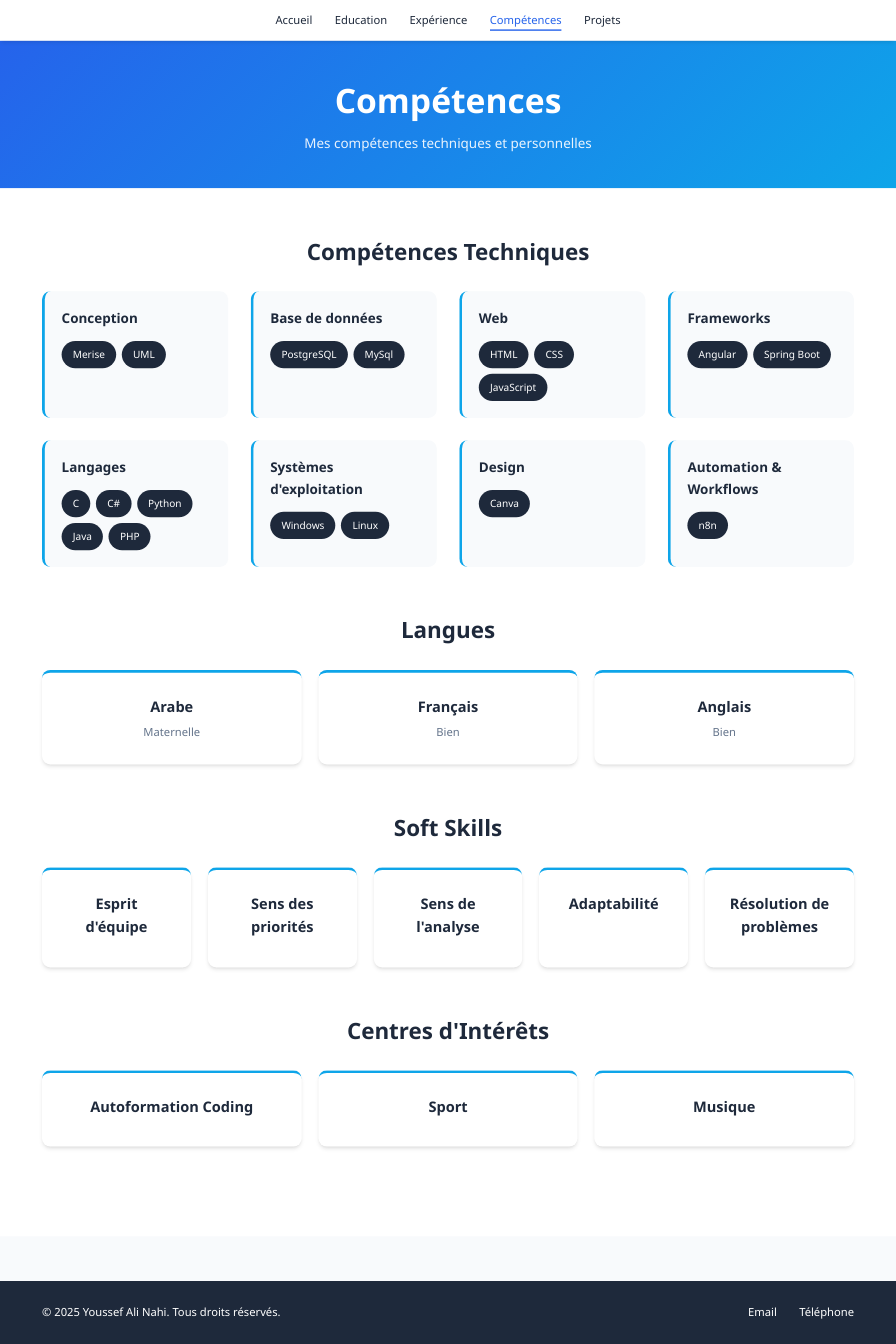
Repository: Youssef-Nahi504/My_Portfolio
Page: competences.html
An editor plug-in stored every save of this project. The page is shown before and after a run of saves, followed by the edit.
The browser window is 1280 px wide. The pictures show the whole page, at 70% of full size.

Above is the page before, as saved 2025-12-19 16:32:51.

### competences.html
<!DOCTYPE html>
<html lang="fr">
<head>
    <meta charset="UTF-8">
    <meta name="viewport" content="width=device-width, initial-scale=1.0">
    <title>Compétences - Youssef Ali Nahi</title>
    <link rel="stylesheet" href="style.css">
</head>
<body>
    <nav class="navbar">
        <div class="nav-container">
            <ul class="nav-menu">
                <li><a href="index.html">Accueil</a></li>
                <li><a href="Education.html" >Education</a></li>
                <li><a href="experience.html">Expérience</a></li>
                <li><a href="competences.html" class="active">Compétences</a></li>
                <li><a href="projets.html">Projets</a></li>
            </ul>
            <div class="hamburger">
                <span></span>
                <span></span>
                <span></span>
            </div>
        </div>
    </nav>

    <main>
        <section class="page-header">
            <div class="container">
                <h1>Compétences</h1>
                <p>Mes compétences techniques et personnelles</p>
            </div>
        </section>

        <section class="skills-section">
            <div class="container">
                <div class="skills-category">
                    <h2 class="category-title">Compétences Techniques</h2>
                    <div class="skills-grid">
                        <div class="skill-group">
                            <h3>Conception</h3>
                            <div class="skill-tags">
                                <span class="skill-tag">Merise</span>
                                <span class="skill-tag">UML</span>
                            </div>
                        </div>
                        <div class="skill-group">
                            <h3>Base de données</h3>
                            <div class="skill-tags">
                                <span class="skill-tag">PostgreSQL</span>
                                <span class="skill-tag">MySql</span>
                            </div>
                        </div>
                        <div class="skill-group">
                            <h3>Web</h3>
                            <div class="skill-tags">
                                <span class="skill-tag">HTML</span>
                                <span class="skill-tag">CSS</span>
                                <span class="skill-tag">JavaScript</span>
                            </div>
                        </div>
                        <div class="skill-group">
                            <h3>Frameworks</h3>
                            <div class="skill-tags">
                                <span class="skill-tag">Angular</span>
                                <span class="skill-tag">Spring Boot</span>
                            </div>
                        </div>
                        <div class="skill-group">
                            <h3>Langages</h3>
                            <div class="skill-tags">
                                <span class="skill-tag">C</span>
                                <span class="skill-tag">C#</span>
                                <span class="skill-tag">Python</span>
                                <span class="skill-tag">Java</span>
                                <span class="skill-tag">PHP</span>
                            </div>
                        </div>
                        <div class="skill-group">
                            <h3>Systèmes d'exploitation</h3>
                            <div class="skill-tags">
                                <span class="skill-tag">Windows</span>
                                <span class="skill-tag">Linux</span>
                            </div>
                        </div>
                        <div class="skill-group">
                            <h3>Design</h3>
                            <div class="skill-tags">
                                <span class="skill-tag">Canva</span>
                            </div>
                        </div>
                        <div class="skill-group">
                            <h3>Automation & Workflows</h3>
                            <div class="skill-tags">
                                <span class="skill-tag">n8n</span>
                            </div>
                        </div>
                    </div>
                </div>

                <div class="skills-category">
                    <h2 class="category-title">Langues</h2>
                    <div class="languages-grid">
                        <div class="language-card">
                            <h3>Arabe</h3>
                            <p>Maternelle</p>
                        </div>
                        <div class="language-card">
                            <h3>Français</h3>
                            <p>Bien</p>
                        </div>
                        <div class="language-card">
                            <h3>Anglais</h3>
                            <p>Bien</p>
                        </div>
                    </div>
                </div>

                <div class="skills-category">
                    <h2 class="category-title">Soft Skills</h2>
                    <div class="interests-grid">
                        <div class="interest-card">
                            <h3>Esprit d'équipe</h3>
                        </div>
                        <div class="interest-card">
                            <h3>Sens des priorités</h3>
                        </div>
                        <div class="interest-card">
                            <h3>Sens de l'analyse</h3>
                        </div>
                        <div class="interest-card">
                            <h3>Adaptabilité</h3>
                        </div>
                        <div class="interest-card">
                            <h3>Résolution de problèmes</h3>
                        </div>
                    </div>
                </div>

                <div class="skills-category">
                    <h2 class="category-title">Centres d'Intérêts</h2>
                    <div class="interests-grid">
                        <div class="interest-card">
                            <h3>Autoformation Coding</h3>
                        </div>
                        <div class="interest-card">
                            <h3>Sport</h3>
                        </div>
                        <div class="interest-card">
                            <h3>Musique</h3>
                        </div>
                    </div>
                </div>
            </div>
        </section>
    </main>

    <footer>
        <div class="container">
            <p>&copy; 2025 Youssef Ali Nahi. Tous droits réservés.</p>
            <div class="footer-links">
                <a href="mailto:nahiyoussef02@gmail.com">Email</a>
                <a href="tel:+212619303473">Téléphone</a>
            </div>
        </div>
    </footer>

    <script src="file.js"></script>
</body>
</html>

### style.css
* {
    margin: 0;
    padding: 0;
    box-sizing: border-box;
}

:root {
    --primary-color: #2563eb;
    --primary-dark: #1e40af;
    --secondary-color: #64748b;
    --accent-color: #0ea5e9;
    --text-dark: #1e293b;
    --text-light: #64748b;
    --bg-light: #f8fafc;
    --bg-white: #ffffff;
    --border-color: #e2e8f0;
    --shadow: 0 4px 6px -1px rgba(0, 0, 0, 0.1), 0 2px 4px -1px rgba(0, 0, 0, 0.06);
    --shadow-lg: 0 10px 15px -3px rgba(0, 0, 0, 0.1), 0 4px 6px -2px rgba(0, 0, 0, 0.05);
}

body {
    font-family: 'Segoe UI', Tahoma, Geneva, Verdana, sans-serif;
    line-height: 1.6;
    color: var(--text-dark);
    background-color: var(--bg-light);
}

.container {
    max-width: 1200px;
    margin: 0 auto;
    padding: 0 20px;
}

/* Navigation */
.navbar {
    background: var(--bg-white);
    box-shadow: var(--shadow);
    position: sticky;
    top: 0;
    z-index: 1000;
    padding: 1rem 0;
}

.nav-container {
    max-width: 1200px;
    margin: 0 auto;
    padding: 0 20px;
    display: flex;
  justify-content: center; /* horizontal */
  align-items: center;
}

.logo {
    font-size: 1.5rem;
    font-weight: bold;
    color: var(--primary-color);
    letter-spacing: 2px;
}

.nav-menu {
    display: flex;
    list-style: none;
    gap: 2rem;
}

.nav-menu a {
    text-decoration: none;
    color: var(--text-dark);
    font-weight: 500;
    transition: color 0.3s ease;
    position: relative;
}

.nav-menu a:hover,
.nav-menu a.active {
    color: var(--primary-color);
}

.nav-menu a.active::after {
    content: '';
    position: absolute;
    bottom: -5px;
    left: 0;
    width: 100%;
    height: 2px;
    background: var(--primary-color);
}

.hamburger {
    display: none;
    flex-direction: column;
    cursor: pointer;
    gap: 4px;
}

.hamburger span {
    width: 25px;
    height: 3px;
    background: var(--text-dark);
    transition: all 0.3s ease;
}

/* Hero Section */
.hero {
    background: linear-gradient(135deg, var(--primary-color) 0%, var(--accent-color) 100%);
    color: white;
    padding: 4rem 0;
    min-height: 80vh;
    display: flex;
    align-items: center;
}

.hero-content {
    max-width: 1200px;
    margin: 0 auto;
    padding: 0 20px;
    display: grid;
    grid-template-columns: 1fr 1fr;
    gap: 3rem;
    align-items: center;
}

.hero-text h1 {
    font-size: 3rem;
    margin-bottom: 0.5rem;
    font-weight: 700;
}

.hero-text h2 {
    font-size: 1.5rem;
    margin-bottom: 1.5rem;
    opacity: 0.9;
    font-weight: 400;
}

.hero-subtitle {
    font-size: 1.1rem;
    margin-bottom: 2rem;
    opacity: 0.95;
    line-height: 1.8;
}

.hero-buttons {
    display: flex;
    gap: 1rem;
    flex-wrap: wrap;
}

.btn {
    padding: 0.75rem 2rem;
    border-radius: 8px;
    text-decoration: none;
    font-weight: 600;
    transition: all 0.3s ease;
    display: inline-block;
}

.btn-primary {
    background: white;
    color: var(--primary-color);
}

.btn-primary:hover {
    transform: translateY(-2px);
    box-shadow: var(--shadow-lg);
}

.btn-secondary {
    background: transparent;
    color: white;
    border: 2px solid white;
}

.btn-secondary:hover {
    background: white;
    color: var(--primary-color);
}

.profile-card {
    background: rgba(255, 255, 255, 0.1);
    backdrop-filter: blur(10px);
    border-radius: 16px;
    padding: 2rem;
    border: 1px solid rgba(255, 255, 255, 0.2);
}

.profile-info p {
    margin-bottom: 1rem;
    font-size: 1rem;
}

.profile-info strong {
    display: inline-block;
    width: 140px;
}

/* About Section */
.about {
    padding: 4rem 0;
    background: var(--bg-white);
}

.section-title {
    font-size: 2.5rem;
    margin-bottom: 2rem;
    text-align: center;
    color: var(--text-dark);
}

.about-content {
    max-width: 800px;
    margin: 0 auto 3rem;
    text-align: center;
}

.about-content p {
    font-size: 1.1rem;
    color: var(--text-light);
    margin-bottom: 1.5rem;
    line-height: 1.8;
}

.quick-links {
    display: grid;
    grid-template-columns: repeat(auto-fit, minmax(250px, 1fr));
    gap: 2rem;
    margin-top: 3rem;
}

.quick-link-card {
    background: var(--bg-white);
    padding: 2rem;
    border-radius: 12px;
    text-decoration: none;
    color: var(--text-dark);
    box-shadow: var(--shadow);
    transition: all 0.3s ease;
    border: 2px solid transparent;
}

.quick-link-card:hover {
    transform: translateY(-5px);
    box-shadow: var(--shadow-lg);
    border-color: var(--primary-color);
}

.quick-link-card h3 {
    color: var(--primary-color);
    margin-bottom: 0.5rem;
    font-size: 1.5rem;
}

.quick-link-card p {
    color: var(--text-light);
}

/* Page Header */
.page-header {
    background: linear-gradient(135deg, var(--primary-color) 0%, var(--accent-color) 100%);
    color: white;
    padding: 3rem 0;
    text-align: center;
}

.page-header h1 {
    font-size: 3rem;
    margin-bottom: 0.5rem;
}

.page-header p {
    font-size: 1.2rem;
    opacity: 0.9;
}

/* Experience Section */
.experience-section {
    padding: 4rem 0;
    background: var(--bg-white);
}

.timeline {
    position: relative;
    max-width: 900px;
    margin: 0 auto;
    padding: 2rem 0;
}

.timeline::before {
    content: '';
    position: absolute;
    left: 30px;
    top: 0;
    bottom: 0;
    width: 2px;
    background: var(--border-color);
}

.timeline-item {
    position: relative;
    margin-bottom: 3rem;
    padding-left: 80px;
}

.timeline-marker {
    position: absolute;
    left: 22px;
    top: 0;
    width: 16px;
    height: 16px;
    border-radius: 50%;
    background: var(--primary-color);
    border: 4px solid var(--bg-white);
    box-shadow: var(--shadow);
}

.timeline-content {
    background: var(--bg-white);
    padding: 2rem;
    border-radius: 12px;
    box-shadow: var(--shadow);
    transition: all 0.3s ease;
}

.timeline-content:hover {
    box-shadow: var(--shadow-lg);
    transform: translateX(5px);
}

.timeline-date {
    color: var(--primary-color);
    font-weight: 600;
    margin-bottom: 0.5rem;
    font-size: 0.9rem;
}

.timeline-content h3 {
    color: var(--text-dark);
    margin-bottom: 0.25rem;
    font-size: 1.5rem;
}

.timeline-content h4 {
    color: var(--text-light);
    margin-bottom: 1rem;
    font-weight: 500;
}

.timeline-content ul {
    list-style: none;
    padding-left: 0;
}

.timeline-content li {
    padding-left: 1.5rem;
    position: relative;
    margin-bottom: 0.5rem;
    color: var(--text-light);
}

.timeline-content li::before {
    content: '▸';
    position: absolute;
    left: 0;
    color: var(--primary-color);
}

/* Education Section */
.education-section {
    padding: 4rem 0;
    background: var(--bg-light);
}

.education-grid {
    display: grid;
    grid-template-columns: repeat(auto-fit, minmax(300px, 1fr));
    gap: 2rem;
    max-width: 900px;
    margin: 0 auto;
}

.education-card {
    background: var(--bg-white);
    padding: 2rem;
    border-radius: 12px;
    box-shadow: var(--shadow);
    transition: all 0.3s ease;
    border-top: 4px solid var(--primary-color);
}

.education-card:hover {
    transform: translateY(-5px);
    box-shadow: var(--shadow-lg);
}

.education-year {
    color: var(--primary-color);
    font-weight: 600;
    margin-bottom: 1rem;
    font-size: 0.9rem;
}

.education-card h3 {
    color: var(--text-dark);
    margin-bottom: 0.5rem;
    font-size: 1.3rem;
}

.education-card h4 {
    color: var(--text-light);
    margin-bottom: 1rem;
    font-weight: 500;
}

.education-institution {
    color: var(--text-light);
    font-style: italic;
}

/* Skills Section */
.skills-section {
    padding: 4rem 0;
    background: var(--bg-white);
}

.skills-category {
    margin-bottom: 4rem;
}

.category-title {
    font-size: 2rem;
    margin-bottom: 2rem;
    color: var(--text-dark);
    text-align: center;
}

.skills-grid {
    display: grid;
    grid-template-columns: repeat(auto-fit, minmax(250px, 1fr));
    gap: 2rem;
}

.skill-group {
    background: var(--bg-light);
    padding: 1.5rem;
    border-radius: 12px;
    border-left: 4px solid var(--accent-color);
}

.skill-group h3 {
    color: var(--text-dark);
    margin-bottom: 1rem;
    font-size: 1.2rem;
}

.skill-tags {
    display: flex;
    flex-wrap: wrap;
    gap: 0.5rem;
}

.skill-tag {
    background: var(--text-dark);
    /* color:  */
    color: white;
    padding: 0.5rem 1rem;
    border-radius: 20px;
    font-size: 0.9rem;
    font-weight: 500;
}

.soft-skills-grid {
    display: grid;
    grid-template-columns: repeat(auto-fit, minmax(200px, 1fr));
    gap: 1.5rem;
}

.soft-skill-card {
    background: linear-gradient(135deg, var(--primary-color) 0%, var(--accent-color) 100%);
    color: white;
    padding: 2rem;
    border-radius: 12px;
    text-align: center;
    transition: all 0.3s ease;
}

.soft-skill-card:hover {
    transform: translateY(-5px);
    box-shadow: var(--shadow-lg);
}

.soft-skill-card h3 {
    font-size: 1.2rem;
}

.languages-grid,
.interests-grid {
    display: grid;
    grid-template-columns: repeat(auto-fit, minmax(200px, 1fr));
    gap: 1.5rem;
}

.language-card,
.interest-card {
    background: var(--bg-white);
    padding: 2rem;
    border-radius: 12px;
    box-shadow: var(--shadow);
    text-align: center;
    transition: all 0.3s ease;
    border-top: 4px solid var(--accent-color);
}

.language-card:hover,
.interest-card:hover {
    transform: translateY(-5px);
    box-shadow: var(--shadow-lg);
}

.language-card h3,
.interest-card h3 {
    color: var(--text-dark);
    margin-bottom: 0.5rem;
    font-size: 1.3rem;
}

.language-card p {
    color: var(--text-light);
    font-weight: 500;
}

/* Projects Section */
.projects-section {
    padding: 4rem 0;
    background: var(--bg-white);
}

.projects-grid {
    display: grid;
    grid-template-columns: repeat(auto-fit, minmax(300px, 1fr));
    gap: 2rem;
}

.project-card {
    background: var(--bg-white);
    padding: 2rem;
    border-radius: 12px;
    box-shadow: var(--shadow);
    transition: all 0.3s ease;
    border-top: 4px solid var(--primary-color);
    position: relative;
}

.project-badge {
    position: absolute;
    top: 1rem;
    right: 1rem;
    background: linear-gradient(135deg, var(--primary-color) 0%, var(--accent-color) 100%);
    color: white;
    padding: 0.4rem 0.8rem;
    border-radius: 20px;
    font-size: 0.75rem;
    font-weight: 600;
    text-transform: uppercase;
    letter-spacing: 0.5px;
}

.project-card:hover {
    transform: translateY(-5px);
    box-shadow: var(--shadow-lg);
}

.project-icon {
    font-size: 3rem;
    margin-bottom: 1rem;
}

.project-card h3 {
    color: var(--text-dark);
    margin-bottom: 0.75rem;
    font-size: 1.4rem;
}

.project-tech {
    color: var(--primary-color);
    font-weight: 600;
    margin-bottom: 1rem;
    font-size: 0.9rem;
}

.project-description {
    color: var(--text-light);
    line-height: 1.7;
}

/* Footer */
footer {
    background: var(--text-dark);
    color: white;
    padding: 2rem 0;
    margin-top: 4rem;
}

footer .container {
    display: flex;
    justify-content: space-between;
    align-items: center;
    flex-wrap: wrap;
    gap: 1rem;
}

.footer-links {
    display: flex;
    gap: 2rem;
}

.footer-links a {
    color: white;
    text-decoration: none;
    transition: color 0.3s ease;
}

.footer-links a:hover {
    color: var(--accent-color);
}

/* Responsive Design */
@media (max-width: 768px) {
    .hamburger {
        display: flex;
    }

    .nav-menu {
        position: fixed;
        left: -100%;
        top: 70px;
        flex-direction: column;
        background: var(--bg-white);
        width: 100%;
        text-align: center;
        transition: 0.3s;
        box-shadow: var(--shadow);
        padding: 2rem 0;
        gap: 0;
    }

    .nav-menu.active {
        left: 0;
    }

    .nav-menu li {
        margin: 1rem 0;
    }

    .hero-content {
        grid-template-columns: 1fr;
        text-align: center;
    }

    .hero-text h1 {
        font-size: 2rem;
    }

    .hero-text h2 {
        font-size: 1.2rem;
    }

    .section-title {
        font-size: 2rem;
    }

    .page-header h1 {
        font-size: 2rem;
    }

    .timeline::before {
        left: 15px;
    }

    .timeline-item {
        padding-left: 50px;
    }

    .timeline-marker {
        left: 7px;
    }

    .quick-links {
        grid-template-columns: 1fr;
    }

    footer .container {
        flex-direction: column;
        text-align: center;
    }
}

@media (max-width: 480px) {
    .hero {
        padding: 2rem 0;
        min-height: auto;
    }

    .hero-text h1 {
        font-size: 1.5rem;
    }

    .btn {
        padding: 0.6rem 1.5rem;
        font-size: 0.9rem;
    }

    .projects-grid,
    .education-grid {
        grid-template-columns: 1fr;
    }
}

### file.js
// Mobile Navigation Toggle
const hamburger = document.querySelector('.hamburger');
const navMenu = document.querySelector('.nav-menu');

if (hamburger && navMenu) {
    hamburger.addEventListener('click', () => {
        navMenu.classList.toggle('active');

        // Animate hamburger
        const spans = hamburger.querySelectorAll('span');
        if (navMenu.classList.contains('active')) {
            spans[0].style.transform = 'rotate(45deg) translate(5px, 5px)';
            spans[1].style.opacity = '0';
            spans[2].style.transform = 'rotate(-45deg) translate(7px, -6px)';
        } else {
            spans[0].style.transform = 'none';
            spans[1].style.opacity = '1';
            spans[2].style.transform = 'none';
        }
    });

    // Close menu when clicking on a link
    document.querySelectorAll('.nav-menu a').forEach(link => {
        link.addEventListener('click', () => {
            navMenu.classList.remove('active');
            const spans = hamburger.querySelectorAll('span');
            spans[0].style.transform = 'none';
            spans[1].style.opacity = '1';
            spans[2].style.transform = 'none';
        });
    });

    // Close menu when clicking outside
    document.addEventListener('click', (e) => {
        if (!hamburger.contains(e.target) && !navMenu.contains(e.target)) {
            navMenu.classList.remove('active');
            const spans = hamburger.querySelectorAll('span');
            spans[0].style.transform = 'none';
            spans[1].style.opacity = '1';
            spans[2].style.transform = 'none';
        }
    });
}

// Smooth scroll for anchor links
document.querySelectorAll('a[href^="#"]').forEach(anchor => {
    anchor.addEventListener('click', function (e) {
        e.preventDefault();
        const target = document.querySelector(this.getAttribute('href'));
        if (target) {
            target.scrollIntoView({
                behavior: 'smooth',
                block: 'start'
            });
        }
    });
});

// Add scroll animation
const observerOptions = {
    threshold: 0.1,
    rootMargin: '0px 0px -50px 0px'
};

const observer = new IntersectionObserver((entries) => {
    entries.forEach(entry => {
        if (entry.isIntersecting) {
            entry.target.style.opacity = '1';
            entry.target.style.transform = 'translateY(0)';
        }
    });
}, observerOptions);

// Observe elements for animation
document.addEventListener('DOMContentLoaded', () => {
    const animateElements = document.querySelectorAll('.project-card, .education-card, .timeline-item, .skill-group, .soft-skill-card, .language-card, .interest-card, .quick-link-card');

    animateElements.forEach(el => {
        el.style.opacity = '0';
        el.style.transform = 'translateY(20px)';
        el.style.transition = 'opacity 0.6s ease, transform 0.6s ease';
        observer.observe(el);
    });
});

// Add active page highlighting
document.addEventListener('DOMContentLoaded', () => {
    const currentPage = window.location.pathname.split('/').pop() || 'index.html';
    const navLinks = document.querySelectorAll('.nav-menu a');

    navLinks.forEach(link => {
        const linkPage = link.getAttribute('href');
        if (linkPage === currentPage || (currentPage === '' && linkPage === 'index.html')) {
            link.classList.add('active');
        } else {
            link.classList.remove('active');
        }
    });
});

After the next 2 saves:
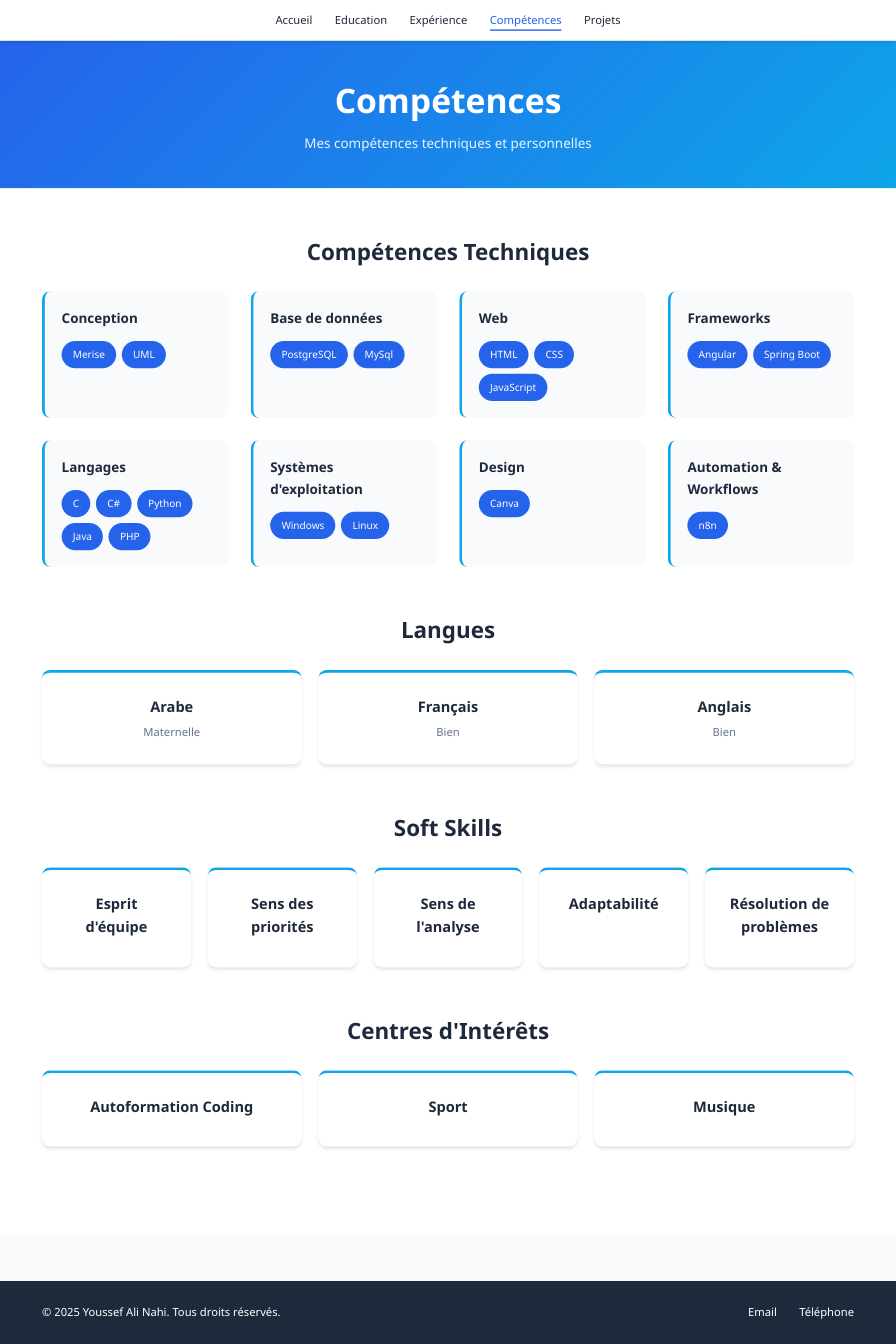
The 2 saves are shown as one change because they came seconds apart.
The last was saved 14 s later.
--- a/style.css
+++ b/style.css
@@ -459,8 +459,7 @@ body {
 }
 
 .skill-tag {
-    background: var(--text-dark);
-    /* color:  */
+    background: var(--primary-color);
     color: white;
     padding: 0.5rem 1rem;
     border-radius: 20px;
